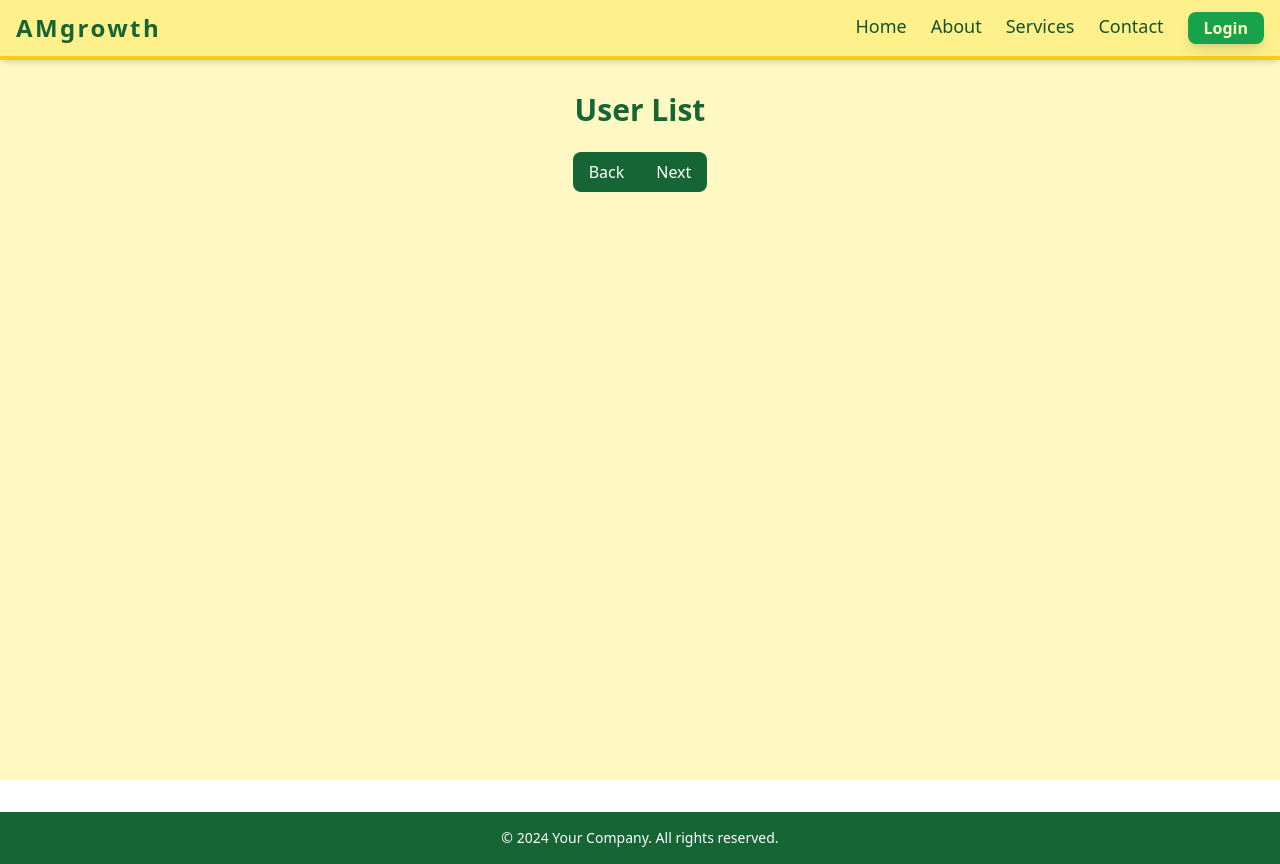
Repository: ArievfRahman-Dev/Mini-Project-II
Page: / (app in miniproject2/)
These files come from the project's save history. The page is drawn as it stood at one moment and after the next save; the edit follows.
The browser window is 1280 px wide. The pictures show the whole page.
The page's requests for data from a server got no answer. The project was rebuilt for these pictures with package versions that can differ from the ones it lists, and the page was loaded fresh each time. No one was signed in, and anything a server would have sent is missing. Also part of the build but not shown: miniproject2/vite.config.js, miniproject2/src/pages/DetailUser/index.jsx, miniproject2/src/pages/LoginPage/index.jsx, miniproject2/src/pages/RegisterPages/index.jsx, miniproject2/src/routes/ProtectedRoute.jsx.

Above is the page before, as saved 2024-12-16 22:34:45.

### miniproject2/index.html
<!DOCTYPE html>
<html lang="en">
  <head>
    <meta charset="UTF-8" />
    <link rel="icon" type="image/svg+xml" href="/vite.svg" />
    <meta name="viewport" content="width=device-width, initial-scale=1.0" />
    <title>Vite + React</title>
    <link
      href="https://cdn.jsdelivr.net/npm/remixicon/fonts/remixicon.css"
      rel="stylesheet"
    />
  </head>
  <body>
    <div id="root"></div>
    <script type="module" src="/src/main.jsx"></script>
  </body>
</html>

### miniproject2/src/App.jsx
import { BrowserRouter, Routes, Route } from "react-router-dom";
import { HomePage } from "./pages/HomePage";
import { DetailUser } from "./pages/DetailUser";
import { LoginPage } from "./pages/LoginPage";
import { RegisterPage } from "./pages/RegisterPages";
import { ProtectedRoute } from "./routes/ProtectedRoute";

export const App = () => {
  return (
    <div>
      <BrowserRouter>
        <Routes>
          <Route path="/" element={<HomePage />} />
          <Route
            path="/detail/:id"
            element={
              <ProtectedRoute>
                <DetailUser />
              </ProtectedRoute>
            }
          />
          <Route path="/login" element={<LoginPage />} />
          <Route path="/regist" element={<RegisterPage />} />
        </Routes>
      </BrowserRouter>
    </div>
  );
};

### miniproject2/src/pages/HomePage/index.jsx
import { Navbar } from "../../components/Navbar";
import { Footer } from "../../components/Footer";
import { useState, useEffect } from "react";
import axios from "axios";
import { Link } from "react-router-dom";
export const HomePage = () => {
  const [data, setData] = useState([]);
  let [page, setPage] = useState(1);
  const [totalPages, setTotalPages] = useState(1);

  const getData = async () => {
    try {
      const res = await axios.get(`https://reqres.in/api/users?page=${page}`);
      console.log(res.data.data);
      setData(res.data.data);
      setTotalPages(res.data.total_pages);
    } catch (error) {
      console.log(error);
    }
  };
  const handleNext = () => {
    setPage((page += 1));
  };
  const handleBack = () => {
    setPage(page - +1);
  };
  useEffect(() => {
    getData();
  }, [page]);

  return (
    <div>
      <Navbar />

      <div className="bg-yellow-100 min-h-screen py-8">
        <div className="container mx-auto px-4">
          <h1 className="text-3xl font-bold text-green-800 retro-font mb-6 text-center">
            User List
          </h1>
          <div className="flex justify-center mb-4">
            <button
              onClick={handleBack}
              disabled={page === 1}
              className="px-4 py-2 bg-green-600 disabled:bg-green-800 text-white rounded-l-lg hover:bg-green-700"
            >
              Back
            </button>
            <button
              onClick={handleNext}
              disabled={page === totalPages}
              className="px-4 py-2 bg-green-600 disabled:bg-green-800 text-white rounded-r-lg hover:bg-green-700"
            >
              Next
            </button>
          </div>
          <div className="grid grid-cols-1 sm:grid-cols-2 md:grid-cols-3 gap-6">
            {data.map((user) => (
              <div
                key={user.id}
                className="bg-yellow-200 border-2 border-yellow-400 shadow-lg rounded-lg p-4 flex flex-col items-center text-center"
              >
                <img
                  src={user.avatar}
                  alt="User Avatar"
                  className="w-24 h-24 rounded-full border-4 border-green-800 mb-4"
                />
                <p className="text-lg font-bold text-green-900 retro-font">
                  {user.first_name} {user.last_name}
                </p>
                <p className="text-green-800">{user.email}</p>
                <Link to={`/detail/${user.id}`}>
                  <button className=" mt-2 px-4 py-1 font-semibold  text-yellow-100 transition-colors bg-green-600 rounded-lg hover:bg-green-800 retro-font shadow-lg">
                    Detail User
                  </button>
                </Link>
              </div>
            ))}
          </div>
        </div>
      </div>
      <Footer />
    </div>
  );
};

### miniproject2/src/components/Navbar/index.jsx
import { Link } from "react-router-dom";
import { useNavigate } from "react-router-dom";
export const Navbar = () => {
  const navigate = useNavigate();
  const token = localStorage.getItem("access_token");
  const handleLogout = () => {
    localStorage.clear();
    setTimeout(() => {
      navigate("/login");
    }, 1000);
  };
  return (
    <nav className="sticky top-0 z-50  bg-yellow-200 border-b-4 border-yellow-400 shadow-md">
      <div className="container mx-auto px-4 py-3 flex justify-between items-center">
        <Link
          to="/"
          className="text-2xl font-bold text-green-800 retro-font tracking-widest"
        >
          AMgrowth
        </Link>

        <div className="hidden md:flex space-x-6">
          <Link
            to="/"
            className="text-green-900 hover:text-yellow-700 font-medium text-lg"
          >
            Home
          </Link>
          <Link
            to="/"
            className="text-green-900 hover:text-yellow-700 font-medium text-lg"
          >
            About
          </Link>
          <Link
            to="/"
            className="text-green-900 hover:text-yellow-700 font-medium text-lg"
          >
            Services
          </Link>
          <Link
            to="/"
            className="text-green-900 hover:text-yellow-700 font-medium text-lg"
          >
            Contact
          </Link>
          {token ? (
            <button
              className=" px-4 py-1 font-semibold text-yellow-100 transition-colors bg-gray-500 rounded-lg hover:bg-gray-600 retro-font shadow-lg"
              onClick={handleLogout}
            >
              Logout
            </button>
          ) : (
            <Link
              to="/login"
              className=" px-4 py-1 font-semibold text-yellow-100 transition-colors bg-green-600 rounded-lg hover:bg-green-800 retro-font shadow-lg"
            >
              Login
            </Link>
          )}
        </div>
      </div>
    </nav>
  );
};

### miniproject2/src/components/Footer/index.jsx
export const Footer = () => {
  return (
    <div className="bg-green-800 text-white py-4 mt-8">
      <div className="container mx-auto text-center">
        <p className="text-sm">
          &copy; {new Date().getFullYear()} Your Company. All rights reserved.
        </p>
      </div>
    </div>
  );
};

Loaded but not shown: miniproject2/src/main.jsx (common file); miniproject2/src/index.css (common file); miniproject2/tailwind.config.js (common file)

After the next save:
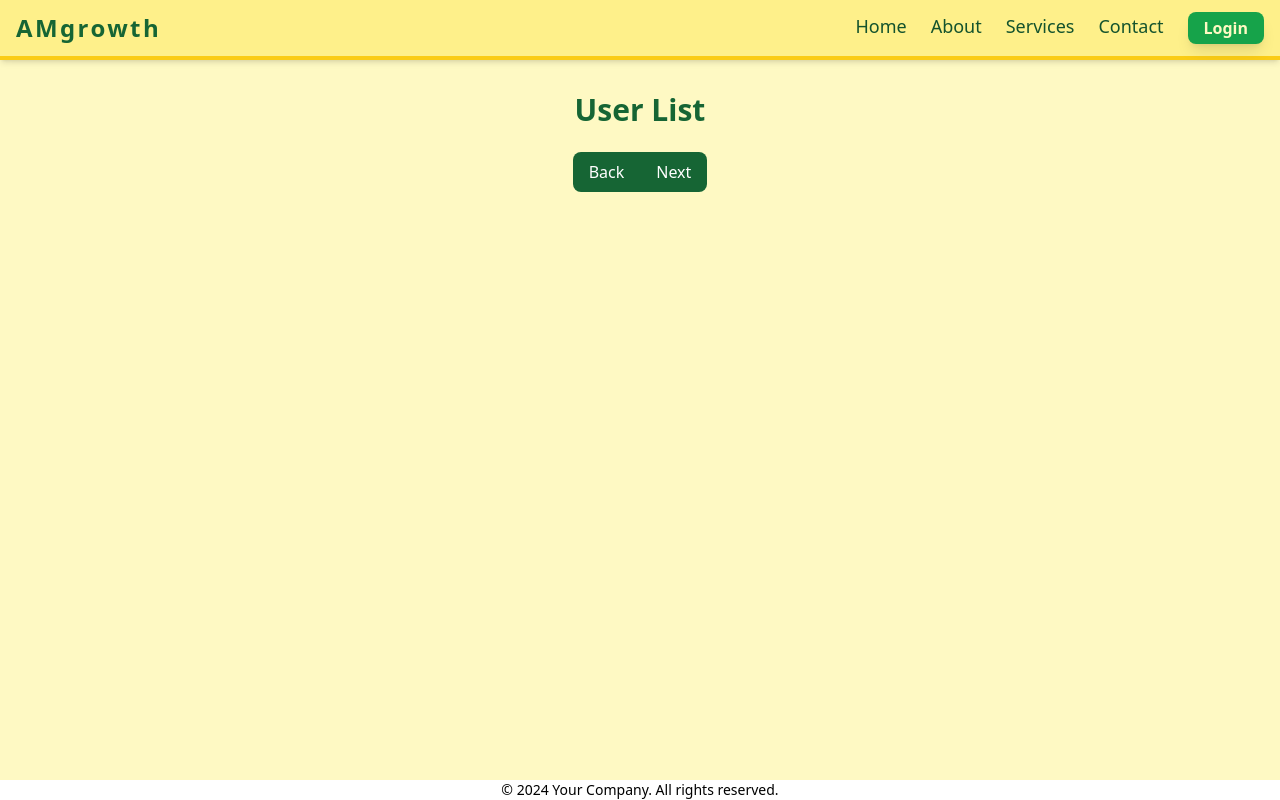
Saved 16 s later.
--- a/miniproject2/src/components/Footer/index.jsx
+++ b/miniproject2/src/components/Footer/index.jsx
@@ -1,11 +1,9 @@
 export const Footer = () => {
   return (
-    <div className="bg-green-800 text-white py-4 mt-8">
-      <div className="container mx-auto text-center">
-        <p className="text-sm">
-          &copy; {new Date().getFullYear()} Your Company. All rights reserved.
-        </p>
-      </div>
+    <div className="container mx-auto text-center">
+      <p className="text-sm">
+        &copy; {new Date().getFullYear()} Your Company. All rights reserved.
+      </p>
     </div>
   );
 };

After the save that followed:
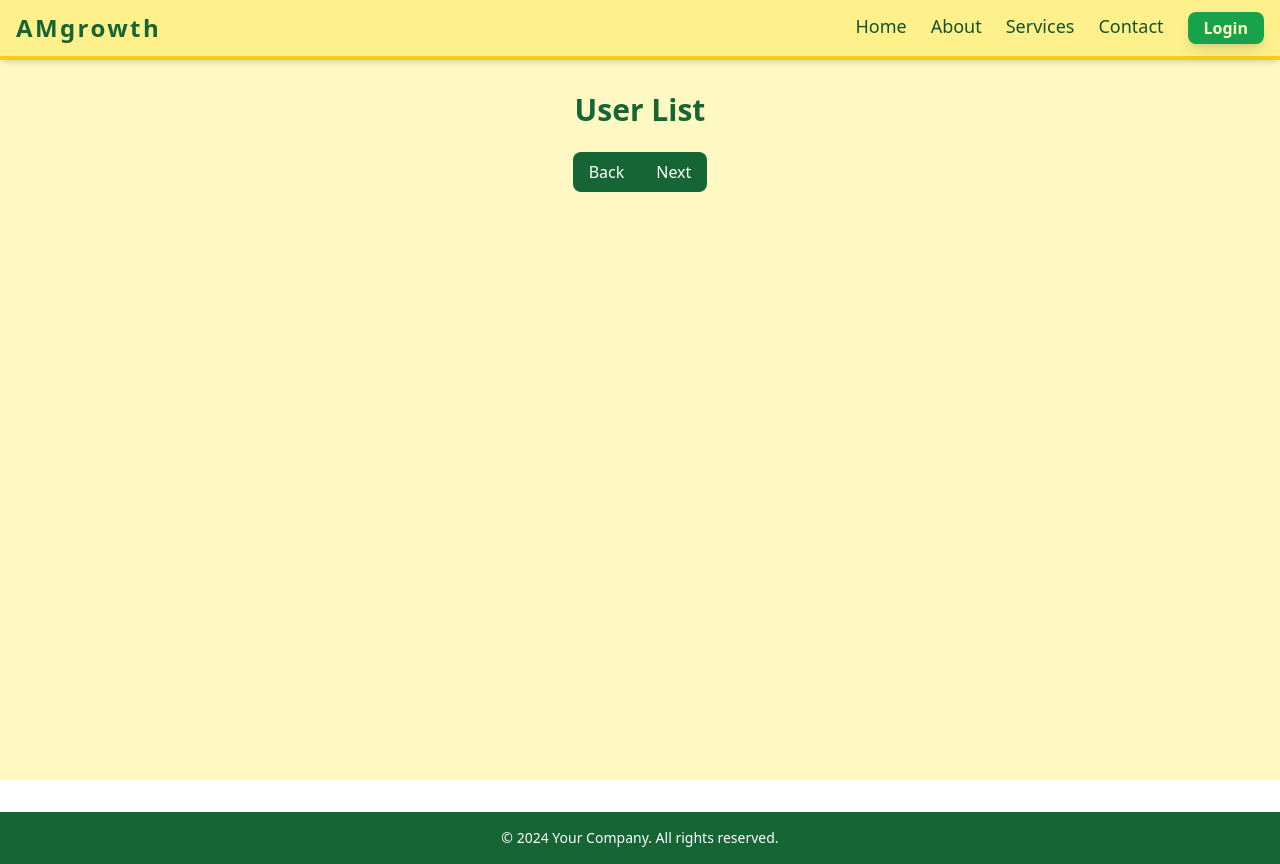
Saved 8 s later.
--- a/miniproject2/src/components/Footer/index.jsx
+++ b/miniproject2/src/components/Footer/index.jsx
@@ -1,9 +1,11 @@
 export const Footer = () => {
   return (
-    <div className="container mx-auto text-center">
-      <p className="text-sm">
-        &copy; {new Date().getFullYear()} Your Company. All rights reserved.
-      </p>
+    <div className="bg-green-800 text-white py-4 mt-8">
+      <div className="container mx-auto text-center">
+        <p className="text-sm">
+          &copy; {new Date().getFullYear()} Your Company. All rights reserved.
+        </p>
+      </div>
     </div>
   );
 };
